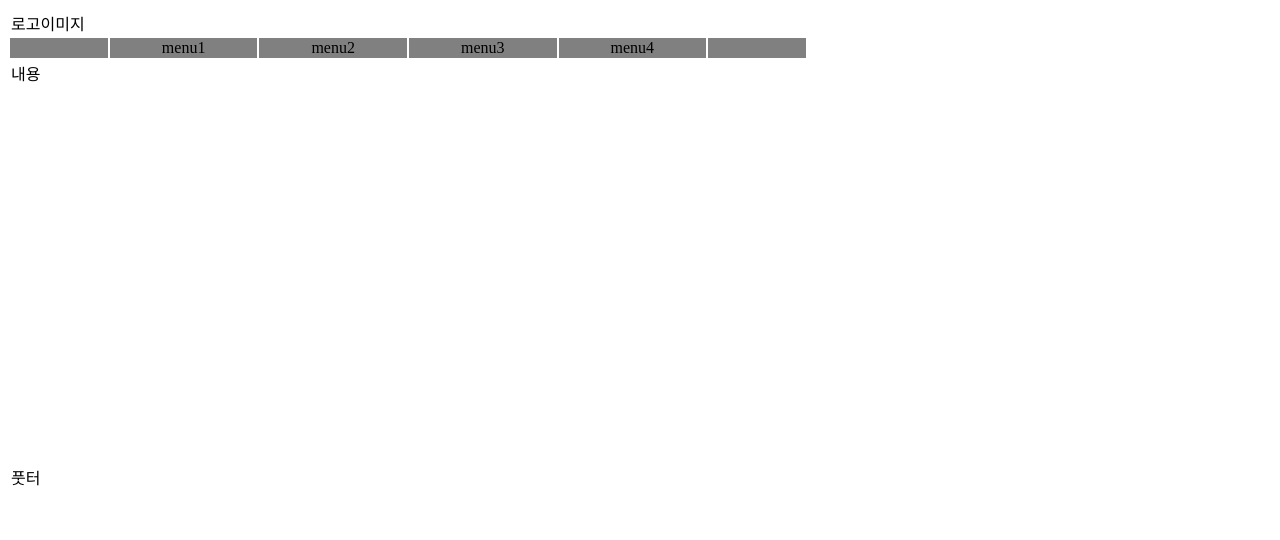
Repository: hwa3845/fullstackjava
Page: http://localhost/web02/
The author's editor kept a copy of each file at every save. The page is drawn from the files as they stood at one save, then again after the next save.
The browser window is 1280 px wide. The pictures show the whole page.
The page is served by Tomcat 9.

Above is the page before, as saved 2025-04-15 05:58:22.

### webWorkspace/web02/WebContent/index.jsp
<%@ page language="java" contentType="text/html; charset=UTF-8"
    pageEncoding="UTF-8"%>
<!DOCTYPE html PUBLIC "-//W3C//DTD HTML 4.01 Transitional//EN" "http://www.w3.org/TR/html4/loose.dtd">
<html>
<head>
<meta http-equiv="Content-Type" content="text/html; charset=UTF-8">
<title>Insert title here</title>
</head>
<body>
<table width="800" border="0">
	<tr>
		<td colspan="6">로고이미지</td>
	</tr>
	<tr>
		<td width="100" bgcolor="gray"></td>
		<td width="150" bgcolor="gray" align="center">menu1</td>
		<td width="150" bgcolor="gray" align="center">menu2</td>
		<td width="150" bgcolor="gray" align="center">menu3</td>
		<td width="150" bgcolor="gray" align="center">menu4</td>
		<td width="100" bgcolor="gray"></td>
	</tr>
	<tr>
		<td colspan="6" height="400" valign="top">내용</td>
	</tr>
	<tr>
		<td colspan="6">풋터</td>
	</tr>
</table>
</body>
</html>

After the next save:
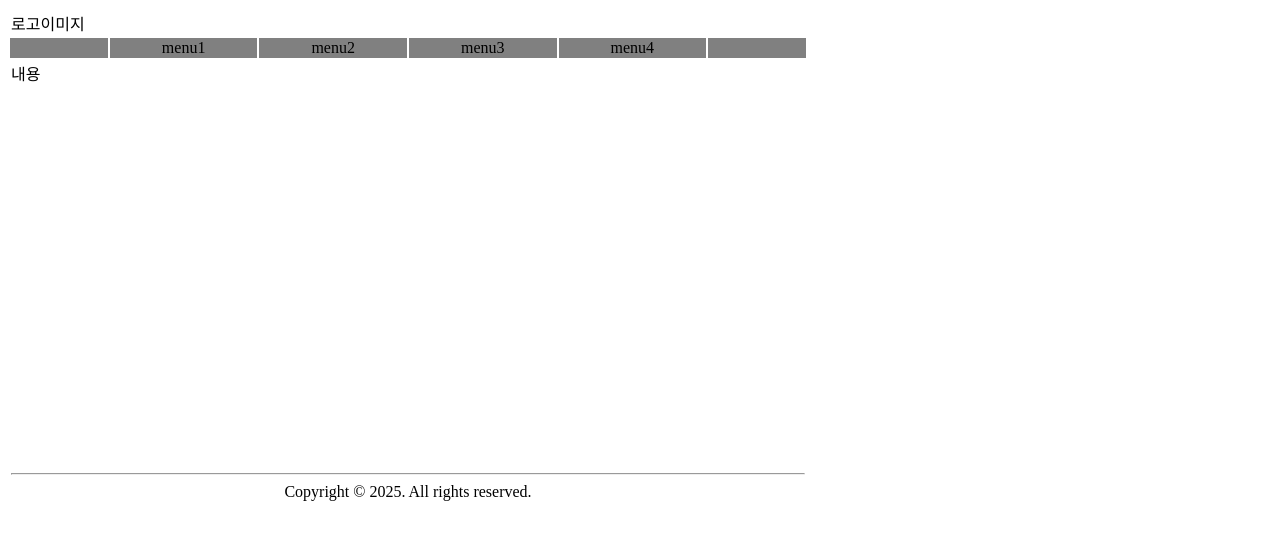
Saved 92 s later.
--- a/webWorkspace/web02/WebContent/index.jsp
+++ b/webWorkspace/web02/WebContent/index.jsp
@@ -23,7 +23,10 @@
 		<td colspan="6" height="400" valign="top">내용</td>
 	</tr>
 	<tr>
-		<td colspan="6">풋터</td>
+		<td colspan="6" align="center">
+		<hr>
+		Copyright &copy; 2025. All rights reserved.
+		</td>
 	</tr>
 </table>
 </body>
